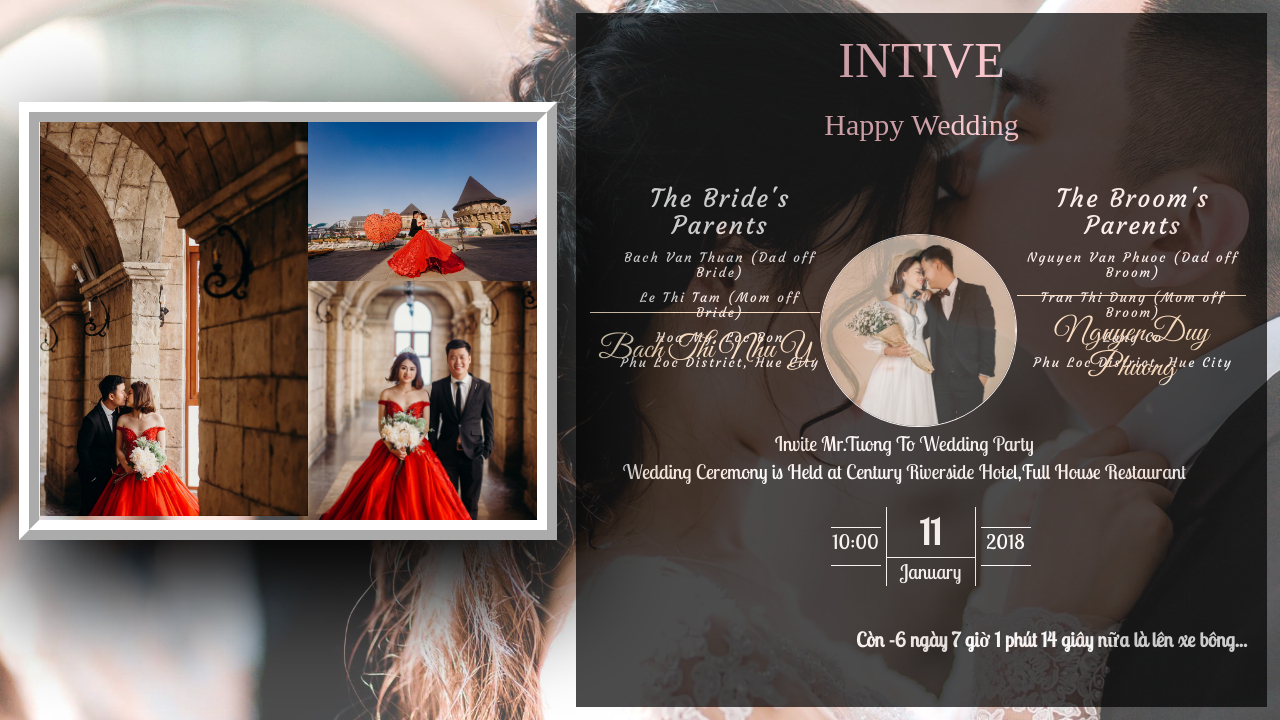
Repository: nguyenhuutuong999/WeddingOfSister
Page: index.html
These files come from the project's save history. The page is drawn as it stood at one moment and after a run of saves; the edit follows.
The browser window is 1280 px wide. The pictures show the whole page.
Some web fonts or font styles are not loaded; a fallback is used.

Above is the page before, as saved 2019-09-17 17:33:27.

### index.html
<!doctype html>
<html>

<head>
    <meta charset="utf-8">
    <meta name="viewport" content="width=device-width, initial-scale=1">
    <title>Wedding</title>

    <!-- Latest compiled and minified CSS & JS -->

    <link rel="stylesheet" href="./style.css">


    <!-- Latest compiled and minified CSS & JS -->
    <link rel="stylesheet" media="screen" href="//netdna.bootstrapcdn.com/bootstrap/3.3.4/css/bootstrap.min.css">
    <script src="//code.jquery.com/jquery.js"></script>
    <script src="//netdna.bootstrapcdn.com/bootstrap/3.3.4/js/bootstrap.min.js"></script>

    <link rel="stylesheet" href="./animate.css">
    <script type="text/javascript" src="./wow.min.js"></script>
    <script>
        new WOW().init();
    </script>

</head>


<body>
    <div id="container">
        <div id="opacity-background"></div>

        <div id="album">
                <img id = "vh" name="image_vh" src="./images/vh1.jpg" class="wow fadeInLeft" data-wow-duration="1s">
                <img id = "hh" name="image_hh" src="./images/hh1.jpg" class="wow fadeInRight" data-wow-duration="1s">
            <img id = "s" name="image_s" src="./images/s1.jpg" class="wow fadeInUp" data-wow-duration="1s">
        </div>
        <div id="content">
            <h1 id="invite">INTIVE</h1>
            <h2 id="happy">Happy Wedding</h2>
            <div id="infor">
                <div id="bride" class="wedding">
                    <!-- // <label>Le Thi Thanh Ngan</label> -->
                    <h3>The Bride's Parents</h3>
                    <p>Bach Van Thuan (Dad off Bride)</p>
                    <p>Le Thi Tam (Mom off Bride)</p>
                    <p>Hoa My, Loc Bon</p>
                    <p>Phu Loc District, Hue City</p>

                </div>
                <div id="broom" class="wedding">
                    <!--  -->
                    <h3>The Broom's Parents</h3>
                    <p>Nguyen Van Phuoc (Dad off Broom)</p>
                    <p>Tran Thi Dung (Mom off Broom)</p>
                    <p>Lang Co</p>
                    <p>Phu Loc District, Hue City</p>

                </div>
                <!-- <canvas id="myCanvas" width="470" height="300"></canvas> -->

            </div>
            <div id="colorful">
                <h2 style="margin-left: 0px;" class="name">Bach Thi Nhu Y</h2>
                <img name="image_s" id="radius" src="./images/s1.jpg" class="wow zoomIn" data-wow-duration="1s" />
                <h2 style="margin-left: 0px;" class="name">Nguyen Duy Phuong</h2>
            </div>
            <div id="desc">
                <div style="color: white; position: relative; margin-top: 44%;">Invite Mr.Tuong To Wedding Party</div>
                <div id="place">Wedding Ceremony is Held at Century Riverside Hotel,Full House Restaurant</div>
                <div id="time">
                    <div id="hour" class="border1">10:00</div>
                    <div id="day-month">
                        <div id="day">11</div>
                        <div id="month">January</div>
                    </div>
                    <div id="year" class="border1">2018</div>
                </div>

            </div>
            <p id="countDown"></p>
        </div>

</body>

</html>
<script type="text/javascript">
    window.onload = function () {

        setTimeout("switchImageVH()", 5000);
        setTimeout("switchImageS()", 5000);
        setTimeout("switchImageHH()", 5000);
    }
    var current_vh = 1;
    var num_image_vh = 7;

    var current_s = 1;
    var num_image_s = 7

    var current_hh = 1;
    var num_image_hh = 7;

    function switchImageVH() {
        current_vh++;
        document.images['image_vh'].src = './images/vh' + current_vh + '.jpg';

        if (current_vh < num_image_vh) {
            setTimeout("switchImageVH()", 5000);

        } else if (current_vh == num_image_vh) {

            current_vh = 1;
            setTimeout("switchImageVH()", 5000);
        }


    }
    function switchImageS() {
        current_s++;
        document.images['image_s'].src = './images/s' + current_s + '.jpg';

        if (current_s < num_image_s) {
            setTimeout("switchImageS()", 5000);

        } else if (current_s == num_image_s) {
            current_s = 1;
            setTimeout("switchImageS()", 5000);
        }
    }
    function switchImageHH() {
        current_hh++;
        document.images['image_hh'].src = './images/hh' + current_hh + '.jpg';

        if (current_hh < num_image_s) {
            setTimeout("switchImageHH()", 5000);

        } else if (current_hh == num_image_s) {
            current_hh = 1;
            setTimeout("switchImageHH()", 5000);
        }
    }


    var dateWedding = {
        year : 2018,
        month :1,
        date: 11,
        hour: 23,
        minutes: 59,
        second: 59,
    }

    setInterval(function () {
        var today = new Date();
        if(dateWedding.date - today.getDate() > 0){

        }
        var date = "Còn " + (dateWedding.date - today.getDate()) + " ngày " + (dateWedding.hour - today.getHours()) + " giờ " + (dateWedding.minutes - today.getMinutes()) + " phút " + (dateWedding.second - today.getSeconds() + " giây nữa là lên xe bông...");
        document.getElementById("countDown").innerHTML = date;
    }, 1000);



    // var canvas = document.getElementById('myCanvas');
    // var context = canvas.getContext('2d');

    // // Xác đinh tâm là trọng tâm của Canvas
    // var x = canvas.width / 2;
    // var y = canvas.height / 2;

    // // bán kính 75px
    // var radius = 130;

    // // Góc bắt đầu là 1.1PI
    // var startAngle = 1.1 * Math.PI;

    // // Góc kết thúc là 1.9PI
    // var endAngle = 1.9 * Math.PI;

    // // Cùng chiều kim đồng hồ
    // var counterClockwise = false;

    // // Vẽ đường cung
    // context.beginPath();
    // context.arc(x, y, radius, startAngle, endAngle, counterClockwise);
    // context.lineWidth = 1.5;

    // // line color
    // context.strokeStyle = 'blanchedalmond';
    // context.stroke();


</script>

### style.css
@import url('https://fonts.googleapis.com/css?family=Great+Vibes&display=swap');
@import url('https://fonts.googleapis.com/css?family=Cookie&display=swap');
@import url('https://fonts.googleapis.com/css?family=Courgette&display=swap');
@import url('https://fonts.googleapis.com/css?family=Berkshire+Swash|Great+Vibes&display=swap');
@import url('https://fonts.googleapis.com/css?family=Lobster+Two&display=swap');
body,html{
    top:0;
    margin: 0;
    padding: 0;
    font-family: Impact, Haettenschweiler, 'Arial Narrow Bold', sans-serif;
    width: 100%;
    height: 100%;
}

#container{
    display: flex;
    background-image: url("./images/wedding6.jpg.png");
    background-repeat: repeat;
    background-size: cover;
    width: 100%;
    height: 100%;
    position: relative;
}
#opacity-background{

    position: absolute;
    top: 0;
    left: 0;
    width: 100%;
    height: 100%;
    background:white;
    opacity: 0.3;

}

#content{

    position: relative;
    background: rgb(0, 0, 0);
    opacity: 0.7;
    width: 59%;
    float: left;
    margin: 1% 1% 1% 45%;

}
#album {
    margin: 8% 1.5% 0 1.5%;
    width: 42%;
    position: absolute;
    box-shadow: 10px 50px 100px 10px black;
    border: 20px ridge #ffffff;
}

#vh{
    width: 54%;
    position: absolute;

}
#hh{
    width: 48%;
    margin-left: 52%;

}
#s{
    width: 48%;
    margin-left: 52%;

}


#invite{
    font-family: 'Berkshire Swash', cursive;
    color: pink;
    text-align: center;
    font-size: 50px;
}
#happy{
    font-family: 'Berkshire Swash', cursive;
    color: pink;
    text-align: center;
}
#infor{
    color: white;
    font-family: 'Courgette', cursive;
    font-size: 13px;
    display: flex;
    position: absolute;
    padding: 2% 4%;
    width: 100%;
}
.wedding{
    width: calc(100%/2);
    letter-spacing: 2px;
    text-align: center;
    line-height: 15px;
}
.wedding h3{
    font-size: 25px;
}
#colorful{
    color: white;
    font-family: 'Great Vibes', cursive;
    display: flex;
    margin-top: 0px;
    position: absolute;
    text-align: center;
    width: 95%;
    align-items: center;
    margin-top: 12%;
    margin-left: 2%;

}
.name{
    border-style: solid;
    border-width: 1px 0 0 0;
    padding:  20px 0;
    margin-top: 50px;
    color: blanchedalmond;
    width: 35%;
    font-size: 32px;
}
#radius{
    border-radius: 100%;
    border: solid 1.5px white;
    width: 30%;
}

#desc{
    position: relative;
    color: white;
    font-family: 'Lobster Two', cursive;
    font-size: 20px;
    margin-top: 00%;
    text-align: center;
    width: 95%;
}



#time{
    display: flex;
    position: relative;
    width: 40%;
    margin-left: 38%;
}
#hour{
    margin: 40px 5px;
}

#year{

    margin: 40px 5px;
}
.border1{
    border-style: solid;
    border-width: 0.1px 0;
    width: 50px;
}
#day-month{
    border-style: solid;
    border-width: 0 1.5px;
    width: 90px;
    margin: 20px 0;
}
#day{
    border-style: solid;
    border-width: 0 0 1px 0;
    width: 100%;

    font-size: 35px;
    font-weight: bold;
}
/* #myCanvas{
    position: absolute;
    margin-top: 110px;
    margin-left: 185px;


} */

#bride{
    margin-left: 10px;
}
#broom{
    margin-left: 200px;
}
#countDown{
    position: relative;
    font-family: 'Lobster Two', cursive;
    color: white;
    text-align: right;
    font-size: 20px;
    font-weight: bold;
    margin-top: 0%;

    padding: 20px;
}

@media only screen and (max-width: 600px) {

    #container{
        display: inline-block;
        background-image: url("./images/wedding5.jpg");
        background-repeat: repeat;
        background-size: cover;
        width: 100%;
        height: 100%;
        position: relative;
    }
    #invite{

        margin-top: 0px;
        padding: 5px;
        font-size: 1em;
    }
    #happy{
        font-size: 0.8em;
        margin-top: -10px;
    }
    #infor{
        margin-top: -30px;
        font-size: 5px;
        padding: 5px 10px;
    }
    .wedding h3{
        font-size: 10px;
    }
    .wedding{
        width: calc(100%);
        letter-spacing: 0.5px;
        font-size: 6px;
        line-height: 0.5px;
    }

    #bride{
        margin-left: 0px;
    }
    #broom{
        margin-left: 70px;
    }
    #colorful{
        width: 95%;
        margin-top: 5%;
        margin-left: 2%;

    }
    .name{
        padding:  10px 0;
        font-size: 12px;
    }
    #radius{
        border: solid 0.5px white;
    }

    #desc{
        position: relative;
        color: white;
        font-family: 'Lobster Two', cursive;
        font-size: 10px;
        margin-top: 30%;
        text-align: center;
        width: 95%;
    }

    #time{
        display: flex;
        position: relative;
        width: 40%;
        margin-left: 35%;
        margin-top: -30px;
        font-size: 7px;
    }
    #hour{
        margin: 45px 5px;
        width: 20%;
    }

    #year{
        width: 20%;
        margin: 45px 5px;
    }

    #day-month{
        border-width: 0 1px;
        width: 40px;
        margin: 35px 0;
    }
    #day{
        width: 100%;
        font-size: 10px;

    }
    #countDown{

        font-size: 8px;
        margin-top: -5%;
    padding: 5px;

    }
    #content{

        position: relative;
        background: rgb(0, 0, 0);
        opacity: 0.7;
        width: 92%;
        margin: 4%;

    }
    #album {
        margin: 4%;
        width: 92%;
        position: absolute;
        margin-top: 80%;
        box-shadow: 10px 50px 100px 10px black;
        border: 15px ridge #ffffff;
    }

    #vh{
        width: 53%;

        position: absolute;

    }
    #hh{
        width: 48%;

        margin-left: 52%;

    }
    #s{
        width: 48%;
        margin-left: 52%;

    }


  }

  @media only screen and (min-width: 1600px) {

    #container{
        display: flex;
        background-image: url("./images/wedding6.jpg.png");
        background-repeat: repeat;
        background-size: cover;
        width: 100%;
        height: 100%;
        position: relative;
    }
    #opacity-background{

        position: absolute;
        top: 0;
        left: 0;
        width: 100%;
        height: 100%;
        background:white;
        opacity: 0.3;

    }

    #content{

        position: relative;
        background: rgb(0, 0, 0);
        opacity: 0.7;
        width: 59%;
        float: left;
        margin: 1% 1% 1% 45%;

    }
    #album {
        margin: 8% 1.5% 0 1.5%;
        width: 42%;
        position: absolute;
        box-shadow: 10px 50px 100px 10px black;
        border: 20px ridge #ffffff;
    }

    #vh{
        width: 54%;
        position: absolute;

    }
    #hh{
        width: 48%;
        margin-left: 52%;

    }
    #s{
        width: 48%;
        margin-left: 52%;

    }


    #invite{
        font-family: 'Berkshire Swash', cursive;
        color: pink;
        text-align: center;
        font-size: 70px;
    }
    #happy{
        font-family: 'Berkshire Swash', cursive;
        color: pink;
        text-align: center;
        font-size: 50px;
    }
    #infor{
        color: white;
        font-family: 'Courgette', cursive;
        font-size: 18px;
        display: flex;
        position: absolute;
        padding: 2% 4%;
        width: 100%;
    }
    .wedding{
        width: calc(100%/2);
        letter-spacing: 2px;
        text-align: center;
        line-height: 25px;
    }
    .wedding h3{
        font-size: 30px;
    }
    #colorful{
        color: white;
        font-family: 'Great Vibes', cursive;
        display: flex;
        margin-top: 0px;
        position: absolute;
        text-align: center;
        width: 95%;
        align-items: center;
        margin-top: 13%;
        margin-left: 2%;

    }
    .name{
        border-style: solid;
        border-width: 1px 0 0 0;
        padding:  20px 0;
        margin-top: 50px;
        color: blanchedalmond;
        width: 35%;
        font-size: 35px;
    }
    #radius{
        border-radius: 100%;
        border: solid 1.5px white;
        width: 30%;
    }

    #desc{
        position: relative;
        color: white;
        font-family: 'Lobster Two', cursive;
        font-size: 30px;
        margin-top: 00%;
        text-align: center;
        width: 95%;
    }



    #time{
        display: flex;
        position: relative;
        width: 50%;
        margin-left: 40%;
    }
    #hour{
        width:80px;
        margin: 80px 15px;
    }

    #year{
        width:80px;
        margin: 80px 5px;
    }

    #day-month{
        border-style: solid;
        border-width: 0 1.5px;
        width: 27%;
        margin: 30px 0;
    }
    #day{
        border-style: solid;
        border-width: 0 0 1px 0;
        width: 100%;
        font-size: 60px;
        font-weight: bold;
    }
    /* #myCanvas{
        position: absolute;
        margin-top: 110px;
        margin-left: 185px;


    } */

    #bride{
        margin-left: 10px;
    }
    #broom{
        margin-left: 200px;
    }
    #countDown{
        position: relative;
        font-family: 'Lobster Two', cursive;
        color: white;
        text-align: right;
        font-size: 20px;
        font-weight: bold;
        margin-top: 0%;
        font-style: italic;
        padding: 20px;
    }


  }

Loaded but not shown: animate.css (library); wow.min.js (library)

After the next 3 saves:
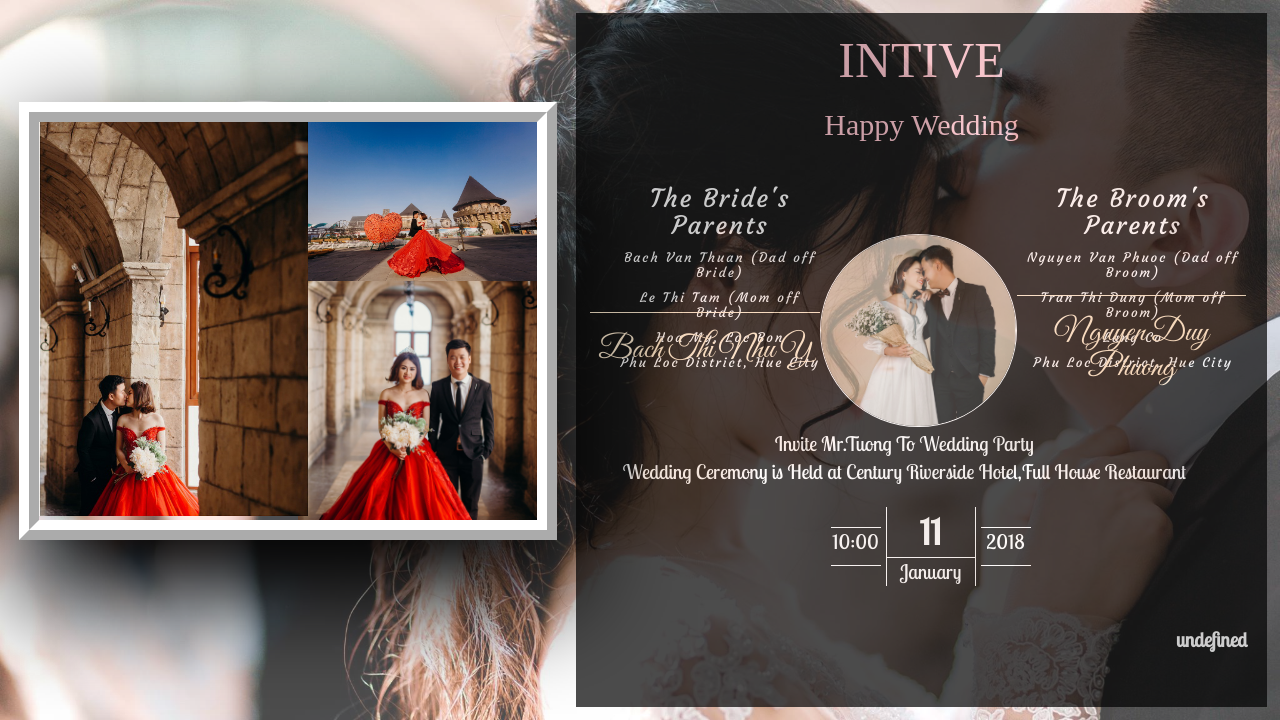
The 3 saves are shown as one change because they came seconds apart.
The last was saved 8 s later.
--- a/index.html
+++ b/index.html
@@ -152,9 +152,9 @@
     setInterval(function () {
         var today = new Date();
         if(dateWedding.date - today.getDate() > 0){
+            var date = "Còn " + (dateWedding.date - today.getDate()) + " ngày " + (dateWedding.hour - today.getHours()) + " giờ " + (dateWedding.minutes - today.getMinutes()) + " phút " + (dateWedding.second - today.getSeconds() + " giây nữa là lên xe bông...");
+        }
 
-        }
-        var date = "Còn " + (dateWedding.date - today.getDate()) + " ngày " + (dateWedding.hour - today.getHours()) + " giờ " + (dateWedding.minutes - today.getMinutes()) + " phút " + (dateWedding.second - today.getSeconds() + " giây nữa là lên xe bông...");
         document.getElementById("countDown").innerHTML = date;
     }, 1000);
 
